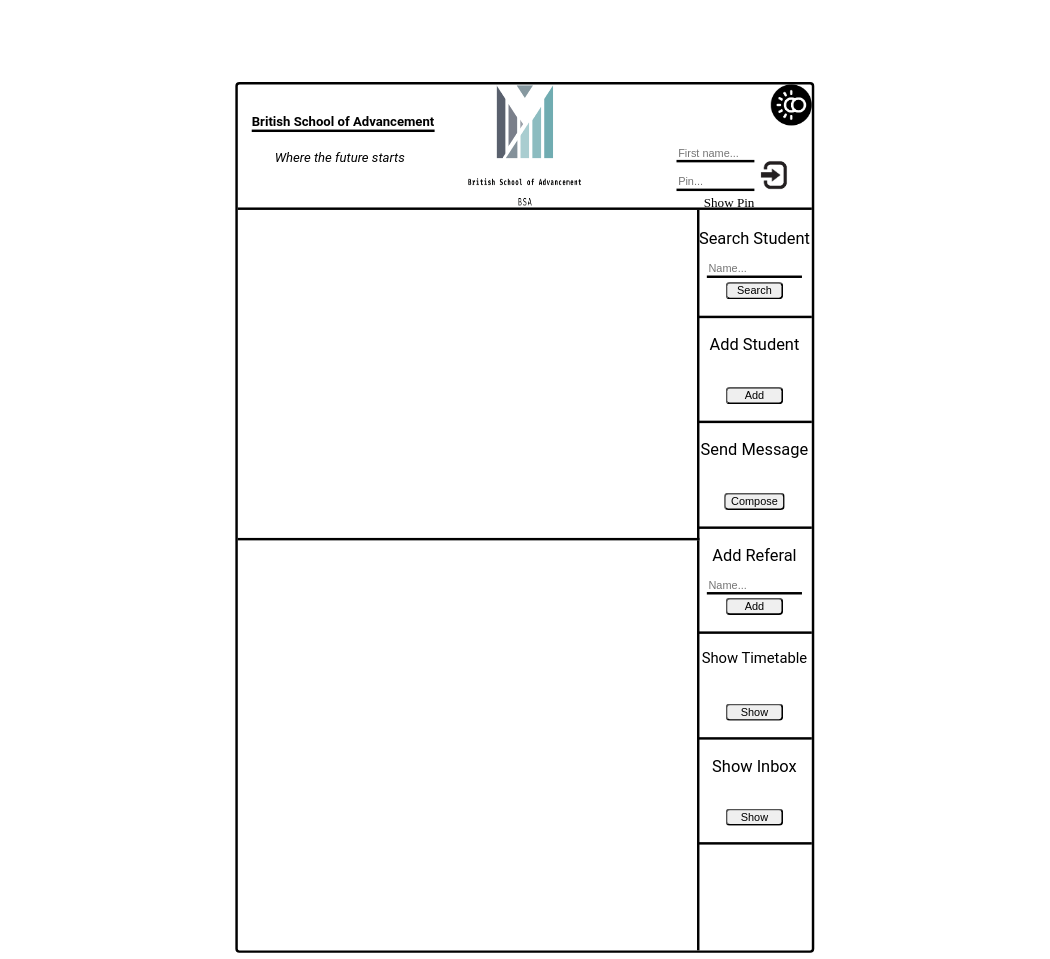
Repository: ghend99/Guardian-Application
Page: index.html
The author's editor kept a copy of each file at every save. The page is drawn from the files as they stood at one save, then again after the next save.
The browser window is 1280 px wide. The pictures show the whole page, at 82% of full size.

Above is the page before, as saved 2023-06-06 16:57:42.

After the next save:
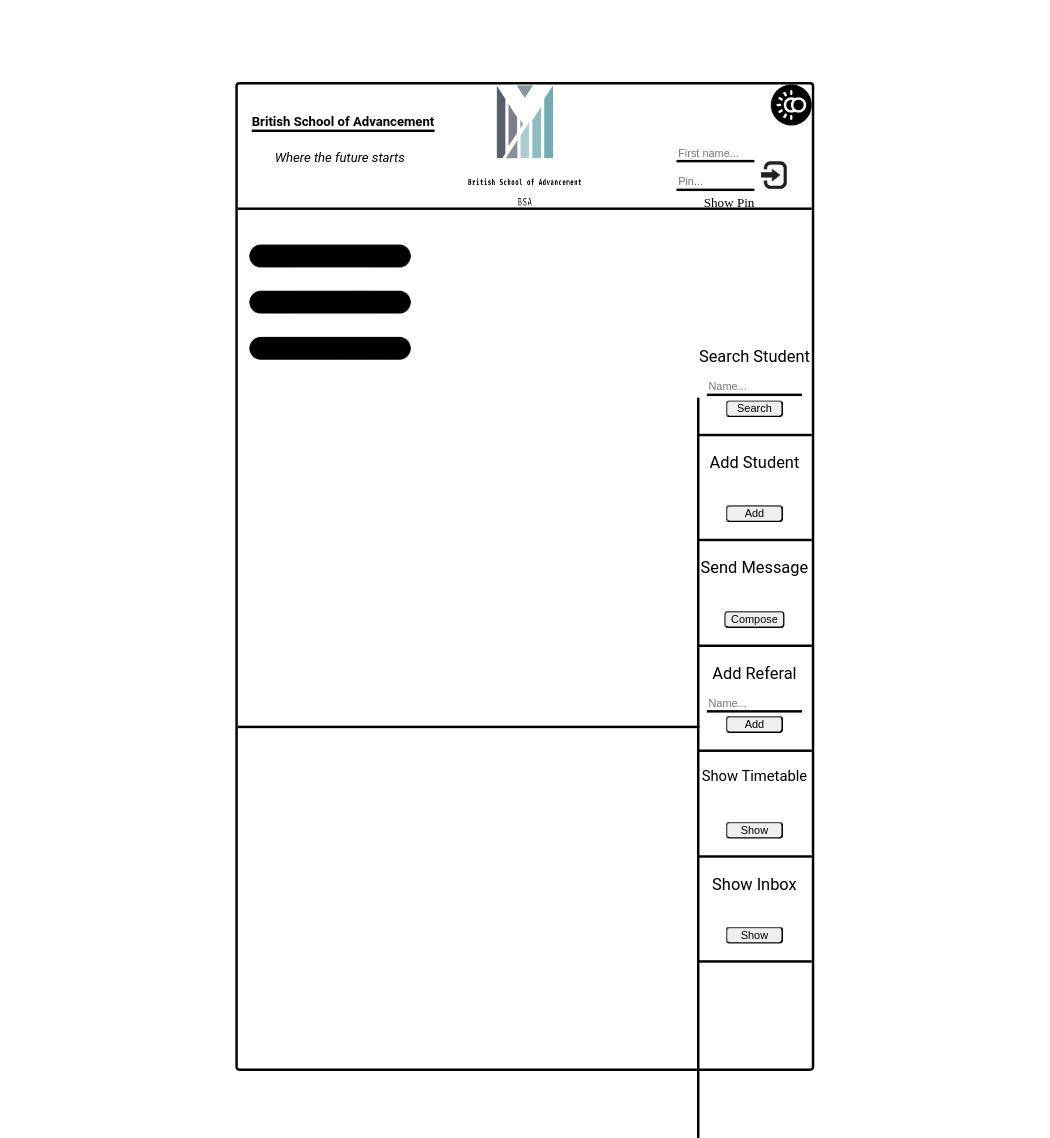
Saved 36 s later.
--- a/index.html
+++ b/index.html
@@ -107,6 +107,7 @@
         </div>
       </div>
       <img id="sidebar-open" src="./images/menu.png" />
+      <img id="sidebar-close" src="./images/menu.png" />
 
       <div id="student-information-container">
         <h1

After the save that followed:
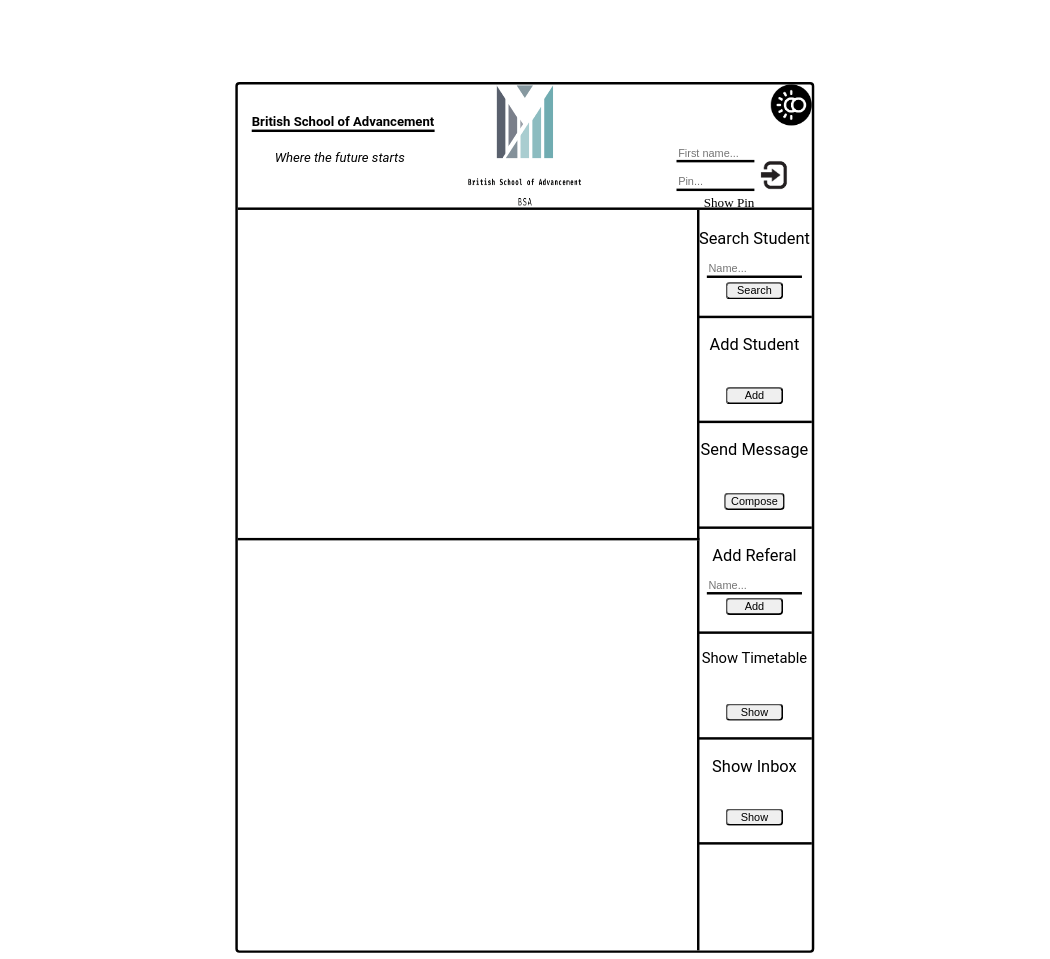
Saved 46 s later.
--- a/style.css
+++ b/style.css
@@ -179,7 +179,8 @@ button {
   border-radius: 5px;
 }
 
-#sidebar-open {
+#sidebar-open,
+#sidebar-close {
   position: absolute;
   width: 50px;
   right: 0;
